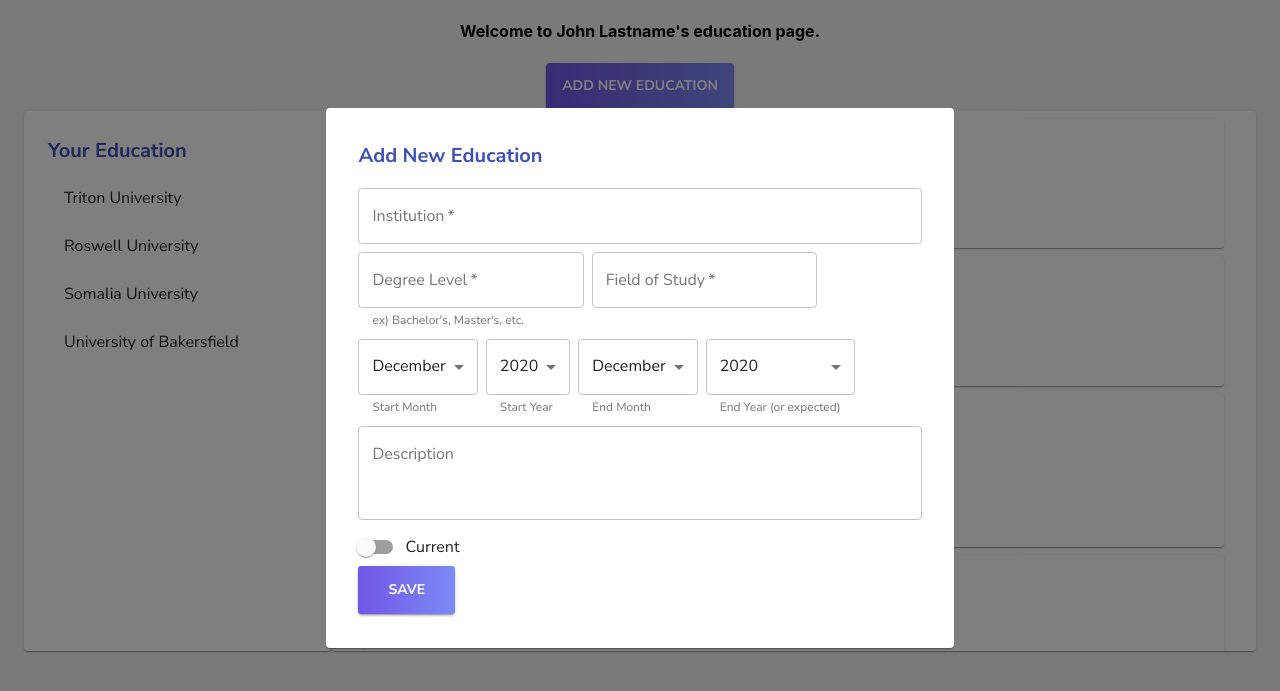
Repository: noellered/Showwcase-React-Challenge
Page: / (app in showwcase-education-react/), after clicking the first element matching `button.MuiButtonBase-root`
An editor plug-in stored every save of this project. The page is shown before and after a run of saves, followed by the edit.
The browser window is 1280 px wide. The pictures show the whole page.
The page's requests for data from a server got no answer. An inner scrolling area shows only its first screen. The project was rebuilt for these pictures with package versions that can differ from the ones it lists, and the page was loaded fresh each time. No one was signed in, and anything a server would have sent is missing. Also part of the build but not shown: showwcase-education-react/src/components/Home.tsx.

Above is the page before, as saved 2020-12-17 18:03:26.

### showwcase-education-react/public/index.html
<!DOCTYPE html>
<html lang="en">
  <head>
    <meta charset="utf-8" />
    <link rel="icon" href="%PUBLIC_URL%/favicon.ico" />
    <link rel="preconnect" href="https://fonts.gstatic.com">
    <link href="https://fonts.googleapis.com/css2?family=Nunito+Sans:ital,wght@0,400;0,700;1,400&display=swap" rel="stylesheet">


    <meta name="viewport" content="width=device-width, initial-scale=1" />
    <meta name="theme-color" content="#000000" />
    <meta
      name="description"
      content="Web site created using create-react-app"
    />
    <link rel="apple-touch-icon" href="%PUBLIC_URL%/logo192.png" />
    <!--
      manifest.json provides metadata used when your web app is installed on a
      user's mobile device or desktop. See https://developers.google.com/web/fundamentals/web-app-manifest/
    -->
    <link rel="manifest" href="%PUBLIC_URL%/manifest.json" />
    <!--
      Notice the use of %PUBLIC_URL% in the tags above.
      It will be replaced with the URL of the `public` folder during the build.
      Only files inside the `public` folder can be referenced from the HTML.

      Unlike "/favicon.ico" or "favicon.ico", "%PUBLIC_URL%/favicon.ico" will
      work correctly both with client-side routing and a non-root public URL.
      Learn how to configure a non-root public URL by running `npm run build`.
    -->
    <title>React App</title>
  </head>
  <body>
    <noscript>You need to enable JavaScript to run this app.</noscript>
    <div id="root"></div>
    <!--
      This HTML file is a template.
      If you open it directly in the browser, you will see an empty page.

      You can add webfonts, meta tags, or analytics to this file.
      The build step will place the bundled scripts into the <body> tag.

      To begin the development, run `npm start` or `yarn start`.
      To create a production bundle, use `npm run build` or `yarn build`.
    -->
  </body>
</html>

### showwcase-education-react/src/index.css
body {
  margin: 0;
  background: #F5F5F5;
  font-family: -apple-system, BlinkMacSystemFont, 'Segoe UI', 'Roboto', 'Oxygen',
    'Ubuntu', 'Cantarell', 'Fira Sans', 'Droid Sans', 'Helvetica Neue',
    sans-serif;
  -webkit-font-smoothing: antialiased;
  -moz-osx-font-smoothing: grayscale;
}

code {
  font-family: source-code-pro, Menlo, Monaco, Consolas, 'Courier New',
    monospace;
}

### showwcase-education-react/src/App.tsx
import React, {useState} from 'react';
import Home from './components/Home';
import Main from './components/Main';
import { MuiThemeProvider, createMuiTheme } from '@material-ui/core/styles';
import './App.css';

function App() {
  const theme = createMuiTheme({
    typography: {
        fontFamily: [
            'Nunito Sans',
            'sans-serif'
        ].join(','),
        h6: {
          fontWeight: 600
        },
        body1: {
          fontWeight: 400
        },
        subtitle1: {
          fontStyle: 'italic'
        },
        button: {
          fontWeight: 600
        }
    },
  })
  const [name, setName] = useState('John Lastname')

  return (
    <MuiThemeProvider theme={theme}>
      <div className="App">
        { name ? <Main name={name} /> : <Home setName={setName} /> }
      </div>
    </MuiThemeProvider>

  );
}

export default App;

### showwcase-education-react/src/components/Main.tsx
import React, {FunctionComponent, useState} from 'react';
import EducationSidebar from './education/EducationSidebar';
import EducationList from './education/EducationList';
import EducationModalContent from './education/EducationModalContent';
import Modal from '@material-ui/core/Modal';
import Backdrop from '@material-ui/core/Backdrop';
import Fade from '@material-ui/core/Fade';
import Paper from '@material-ui/core/Paper';
import Grid from '@material-ui/core/Grid';
import Container from '@material-ui/core/Container';
import Button from '@material-ui/core/Button';
import { pageStyles } from './pageStyles';

const Main:FunctionComponent<{name: string}> = ({name}) => {
    const classes = pageStyles();
    const [open, setOpen] = useState<boolean>(false);
    const [education, setEducation] = useState<object[]>([
        {
            degree: "MFA.",
            description: "",
            end: {month: 11, year: 2020},
            fieldOfStudy: "Being Cool",
            institution: "Triton University",
            start: {month: 11, year: 2020}
        },
        {
            degree: "M.Sc.",
            description: "",
            end: {month: 11, year: 2020},
            fieldOfStudy: "Biology of Aliens",
            institution: "Roswell University",
            start: {month: 11, year: 2020}
        },
        {
            degree: "B.S.",
            description: "I learned things, and stuff. Then I learned how to be a pirate. Arrrr, matey.",
            end: {month: 11, year: 2020},
            fieldOfStudy: "Pirate Studies",
            institution: "Somalia University",
            start: {month: 11, year: 2020}
        },
        {
            degree: "B.A.",
            description: "",
            end: {month: 11, year: 2020},
            fieldOfStudy: "Home Economics",
            institution: "University of Bakersfield",
            start: {month: 11, year: 2020}
        },
    ]);


    //Modal handlers

    const handleOpen = () => {
        setOpen(true);
    }

    const handleClose = () => {
        setOpen(false);
    }

    const handleEducationUpdate = (newEducation) => {
        setEducation(education => [newEducation, ...education]) //prepend new education item to education list
        handleClose();
    }

    return(
        <Container>
            <h4>Welcome to {name}'s education page.</h4>
            <Button
                className={classes.button}
                variant="contained"
                color="primary"
                type="button"
                onClick={handleOpen}
                >
                Add New Education
            </Button>
            <Grid container className={classes.container}>
                <Grid item xs={12} lg={3}>
                    <Paper className={classes.paper}>
                        <EducationSidebar list={education}/>
                    </Paper>
                </Grid>
                <Grid item xs={12} lg={9}>
                    <Paper className={classes.paper}>
                        <EducationList list={education}/>
                    </Paper>
                </Grid>
            </Grid>
            <Modal
                className={classes.modal}
                aria-labelledby="add-education"
                aria-describedby="add-education-modal"
                open={open}
                onClose={handleClose}
                closeAfterTransition
                BackdropComponent={Backdrop}
                BackdropProps={{
                timeout: 300,
                }}>
                <Fade in={open}>
                    <Paper className={`${classes.modal} ${classes.paper}`}>
                        <EducationModalContent handleUpdate={handleEducationUpdate}/>
                    </Paper>
                </Fade>
            </Modal>
        </Container>
    )
}

export default Main;

### showwcase-education-react/src/components/pageStyles.tsx
import { makeStyles } from '@material-ui/core/styles';

export const pageStyles = makeStyles({
    modal: {
        maxWidth: '70%',
        margin: 'auto',
        height: '70vh'
    },
    button: {
        backgroundImage: 'linear-gradient(90deg, rgba(114,86,231,1) 0%, rgba(123,139,245,1) 100%)',
        borderColor: '#0063cc',
        borderRadius: 3,
        color: 'white',
        height: 48,
        padding: '0 30px',
        '&:hover': {
            backgroundImage: 'linear-gradient(90deg, rgba(81,53,196,1) 0%, rgba(91,110,238,1) 100%)',
            borderColor: '#0062cc',
          },
    },
    container: {
        display: 'flex',
        justifyContent: 'space-between'
    },
    paper: {
        height: '75vh',
        overflow: 'auto',
        "&:focus": {
            outline: "none"
          }
    },
    sideBar: {
        marginRight: '2rem',
    }
})

### showwcase-education-react/src/components/education/EducationSidebar.tsx
import React, { FunctionComponent } from 'react';
import List from '@material-ui/core/List';
import ListItem from '@material-ui/core/ListItem';
import ListItemText from '@material-ui/core/ListItemText';
import Typography from '@material-ui/core/Typography';
import { useStyles } from './styles'

const EducationSidebar:FunctionComponent<{list: object[]}> = ({ list }) => {
    const classes = useStyles();
    return(
        <List className={classes.list}>
            <Typography variant="h6" color="primary" align="justify" gutterBottom>Your Education</Typography>
            { list.length > 0 ? list.map((item) =>
            <div>
                <ListItem className={classes.listItem} button>
                    <ListItemText >{item['institution']}</ListItemText>
                </ListItem>
            </div>
            )
            : <div>No education to display</div> }
        </List>
    )
}
export default EducationSidebar;

### showwcase-education-react/src/components/education/EducationList.tsx
import React, { FunctionComponent } from 'react';
import Card from '@material-ui/core/Card';
import { useStyles } from './styles';
import Typography from '@material-ui/core/Typography';
import Container from '@material-ui/core/Container';

const EducationList:FunctionComponent<{list: object[]}> = ({ list }) => {
    const classes = useStyles();
    return(
        <Container>
            { list.length > 0 ? list.map((item) =>
            <Card className={classes.educationCard}>
                <Typography align="justify" variant="h6" color="textPrimary">
                    {item['degree']} {item['fieldOfStudy']} @ {item['institution']}
                </Typography>
                <Typography variant="subtitle1" align="justify" color="textSecondary" gutterBottom>
                January {item['start']['year']} - December {item['end']['year']}
                </Typography>
                <Typography variant="body1" align="justify">
                    {item['description']}
                </Typography>
            </Card>) : <div>Nothing to display</div> }
        </Container>
    )
}
export default EducationList;

### showwcase-education-react/src/components/education/EducationModalContent.tsx
import React, { FunctionComponent, useEffect, useState } from 'react';
import Autocomplete, { AutocompleteRenderGroupParams } from '@material-ui/lab/Autocomplete';
import TextField from '@material-ui/core/TextField';
import Button from '@material-ui/core/Button';
import ListSubheader from '@material-ui/core/ListSubheader';
import { useTheme } from '@material-ui/core/styles';
import useMediaQuery from '@material-ui/core/useMediaQuery';
import Typography from '@material-ui/core/Typography';
import { VariableSizeList, ListChildComponentProps } from 'react-window';
import MonthPicker from '../pickers/MonthPicker';
import YearPicker from '../pickers/YearPicker';
import { useStyles } from './styles';
import Switch from '@material-ui/core/Switch';
import FormControlLabel from '@material-ui/core/FormControlLabel';


//Virtualize institution list for more efficient rendering performance

const LISTBOX_PADDING = 8; // px

function renderRow(props: ListChildComponentProps) {
  const { data, index, style } = props;
  return React.cloneElement(data[index], {
    style: {
      ...style,
      top: (style.top as number) + LISTBOX_PADDING,
    },
  });
}

const OuterElementContext = React.createContext({});

const OuterElementType = React.forwardRef<HTMLDivElement>((props, ref) => {
  const outerProps = React.useContext(OuterElementContext);
  return <div ref={ref} {...props} {...outerProps} />;
});

function useResetCache(data: any) {
    const ref = React.useRef<VariableSizeList>(null);
    React.useEffect(() => {
      if (ref.current != null) {
        ref.current.resetAfterIndex(0, true);
      }
    }, [data]);
    return ref;
  }


  // React-window adapter
  const ListboxComponent = React.forwardRef<HTMLDivElement>(function ListboxComponent(props, ref) {
    const { children, ...other } = props;
    const theme = useTheme();
    const itemData = React.Children.toArray(children);
    const smUp = useMediaQuery(theme.breakpoints.up('sm'), { noSsr: true });
    const itemCount = itemData.length;
    const itemSize = smUp ? 36 : 48;

    const getChildSize = (child: React.ReactNode) => {
      if (React.isValidElement(child) && child.type === ListSubheader) {
        return 48;
      }

      return itemSize;
    };

    const getHeight = () => {
      if (itemCount > 8) {
        return 8 * itemSize;
      }
      return itemData.map(getChildSize).reduce((a, b) => a + b, 0);
    };

    const gridRef = useResetCache(itemCount);

    return (
      <div ref={ref}>
        <OuterElementContext.Provider value={other}>
          <VariableSizeList
            itemData={itemData}
            height={getHeight() + 2 * LISTBOX_PADDING}
            width="100%"
            ref={gridRef}
            outerElementType={OuterElementType}
            innerElementType="ul"
            itemSize={(index) => getChildSize(itemData[index])}
            overscanCount={5}
            itemCount={itemCount}
          >
            {renderRow}
          </VariableSizeList>
        </OuterElementContext.Provider>
      </div>
    );
  });



//Add Education Modal Content
const EducationModalContent:FunctionComponent<{handleUpdate: any}>= ({ handleUpdate }) => {
    const classes = useStyles();
    const [institutionList, setInstitutionList] = useState<string[]>([]);
    const [institution, setInstitution] = useState<string>('');
    const [degree, setDegree] = useState<string>('');
    const [description, setDescription] = useState<string>('');
    const [fieldOfStudy, setFieldOfStudy] = useState<string>('');
    const [current, setCurrent] = useState<boolean>(false)
    const [start, setStart] = useState<{month: number, year: number}>({
        month: new Date().getMonth(),
        year: new Date().getFullYear()
    });
    const [end, setEnd] = useState({
        month: new Date().getMonth(),
        year: new Date().getFullYear()
    });



    const getInstitutions = () => {
        fetch(`http://universities.hipolabs.com/search`)
        .then((res: any) => res.json()
        .then((JSON) => setInstitutionList(JSON.map((item)=>item['name']))));
    }

    // Get institutions list on component mount
    useEffect( () => {
        getInstitutions()
    }, []);

    //Render group for visualized autocomplete component
    const renderGroup = (params: AutocompleteRenderGroupParams) => [
        <ListSubheader key={params.key} component="div">
          {params.group}
        </ListSubheader>,
        params.children,
    ];

    //Handle form submit
    const handleSubmit = (e: any) => {
        e.preventDefault();
        const newEducation = { institution, fieldOfStudy, degree, start, end, description, current }
        return handleUpdate(newEducation);
    }

    //Handle institution change for autocomplete component
    const handleInputChange = (e: React.ChangeEvent<{}>, value: string) => {
        setInstitution(value)
    }

    const handleSwitch = (e: React.ChangeEvent<HTMLInputElement>) => {
      setCurrent(e.target.checked);
    }



    return(
        <div className={classes.modalContent}>
            <Typography variant="h6" color="primary">Add New Education</Typography>
            <form onSubmit={handleSubmit}>
                <Autocomplete
                id="institutions-list"
                options={institutionList}
                freeSolo
                renderGroup={renderGroup}
                renderInput={(params)=>(
                    <TextField {...params} label="Institution" margin="normal" variant="outlined" required/>
                )}
                renderOption={(option) => <p>{option}</p>}
                ListboxComponent={ListboxComponent as React.ComponentType<React.HTMLAttributes<HTMLElement>>}
                disableListWrap
                autoSelect={true}
                onInputChange={handleInputChange}
                />
                <div className={classes.inputGroup}>
                  <TextField className={`${classes.input} ${classes.mr}`} label="Degree Level" helperText="ex) Bachelor's, Master's, etc." variant="outlined" onChange={(e)=> setDegree(e.target.value)} required/>
                  <TextField className={classes.input} label="Field of Study" variant="outlined" onChange={(e)=> setFieldOfStudy(e.target.value)} required/>
                </div>
                <div className={classes.inputGroup}>

                    <MonthPicker className={`${classes.input} ${classes.mr}`} label="Start Month" id="startMonth" onChange={(e)=> setStart({...start, month: e.target.value})}/>
                    <YearPicker className={`${classes.input} ${classes.mr}`} label="Start Year" id="startYear" onChange={(e)=> setStart({...start, year: e.target.value})}/>
                    <MonthPicker className={`${classes.input} ${classes.mr}`} label="End Month" id="endMonth" onChange={(e)=> setEnd({...end, month: e.target.value})}/>
                    <YearPicker className={`${classes.input} ${classes.mr}`} label="End Year (or expected)" id="endYear" onChange={(e)=> setEnd({...end, year: e.target.value})}/>
                </div>
                <TextField className={classes.input} multiline fullWidth rows={3} variant="outlined" label="Description" onChange={(e)=> setDescription(e.target.value)}/>

                <div className={classes.inputGroup}>
                <FormControlLabel
                      control={<Switch checked={current} onChange={handleSwitch} name="current" color="secondary"/>}
                      label="Current"
                />
                </div>

                <Button variant="contained" className={classes.button} color="primary" type="submit" >Save</Button>
            </form>
        </div>
    )
}
export default EducationModalContent;

### showwcase-education-react/src/components/education/styles.tsx
import { makeStyles } from '@material-ui/core/styles';

export const useStyles = makeStyles({
    button: {
        backgroundImage: 'linear-gradient(90deg, rgba(114,86,231,1) 0%, rgba(123,139,245,1) 100%)',
        borderColor: '#0063cc',
        borderRadius: 3,
        color: 'white',
        height: 48,
        padding: '0 30px',
        '&:hover': {
            backgroundImage: 'linear-gradient(90deg, rgba(81,53,196,1) 0%, rgba(91,110,238,1) 100%)',
            borderColor: '#0062cc',
          },
    },
    educationCard: {
        padding: '2rem',
        margin: '.5rem'
    },
    list: {
        padding: '1.5rem',
    },

    modalContent: {
        padding: '2rem',
    },
    listItem: {
        '&:active': {
            fontWeight: 600,
        }
    },
    input: {
        minWidth: '40%',
        marginBottom: '.5rem'
    },
    inputGroup: {
        display: 'flex',
        flexDirection: 'row',
        minWidth: '100%'
    },
    mr: {
        marginRight: '.5rem'
    }
})

### showwcase-education-react/src/components/pickers/MonthPicker.tsx
import React, { FunctionComponent, useState } from 'react';
import InputLabel from '@material-ui/core/InputLabel';
import MenuItem from '@material-ui/core/MenuItem';
import FormControl from '@material-ui/core/FormControl';
import TextField from '@material-ui/core/TextField';

interface MonthPickerProps {
    label?: string;
    id?: string;
    onChange?: any;
    className?: string;
}

const months = [
    { id: 0, name: 'January' },
    { id: 1, name: 'February' },
    { id: 2, name: 'March' },
    { id: 3, name: 'April' },
    { id: 4, name: 'May' },
    { id: 5, name: 'June' },
    { id: 6, name: 'July' },
    { id: 7, name: 'August' },
    { id: 8, name: 'September' },
    { id: 9, name: 'October' },
    { id: 10, name: 'November' },
    { id: 11, name: 'December' },
];

const MonthPicker:FunctionComponent<MonthPickerProps> = ({ label, id, className }) => {
    const [month, setMonth] = useState(new Date().getMonth())

   const handleChange = (e: any) => {
        e.preventDefault();
        setMonth(e.target.value);
   }

    return (
        <div>
            <FormControl>
                <TextField select helperText={label} id={id} value={month} onChange={handleChange} className={className} variant="outlined" required>
                { months.map((month) => <MenuItem value={month.id}>{month.name}</MenuItem>)}
                </TextField>
            </FormControl>
        </div>
    )
}

export default MonthPicker;

### showwcase-education-react/src/components/pickers/YearPicker.tsx
import React, { FunctionComponent, useState } from 'react';
import MenuItem from '@material-ui/core/MenuItem';
import FormControl from '@material-ui/core/FormControl';
import TextField from '@material-ui/core/TextField';

interface YearPickerProps {
    label?: string;
    id?: string;
    onChange?: any;
    className?: string;
}

const years:number[] = []

//Create year list
for(let y = (new Date().getFullYear() + 10); y >= 1950; y--){
    years.push(y)
}

const YearPicker:FunctionComponent<YearPickerProps> = React.memo(({ label, id, className }) => {
    const [year, setYear] = useState(new Date().getFullYear())

   const handleChange = (e: any) => {
        e.preventDefault();
        setYear(e.target.value);
   }

    return (
        <div>
            <FormControl>
                <TextField select  helperText={label} id={id} value={year} onChange={handleChange} className={className} variant="outlined" required>
                { years.map((year) => <MenuItem value={year}>{year}</MenuItem>)}
                </TextField>
            </FormControl>
        </div>
    )
})

export default YearPicker;

Loaded but not shown: showwcase-education-react/src/index.tsx (common file); showwcase-education-react/src/reportWebVitals.ts (common file); showwcase-education-react/src/App.css (common file)

After the next 2 saves:
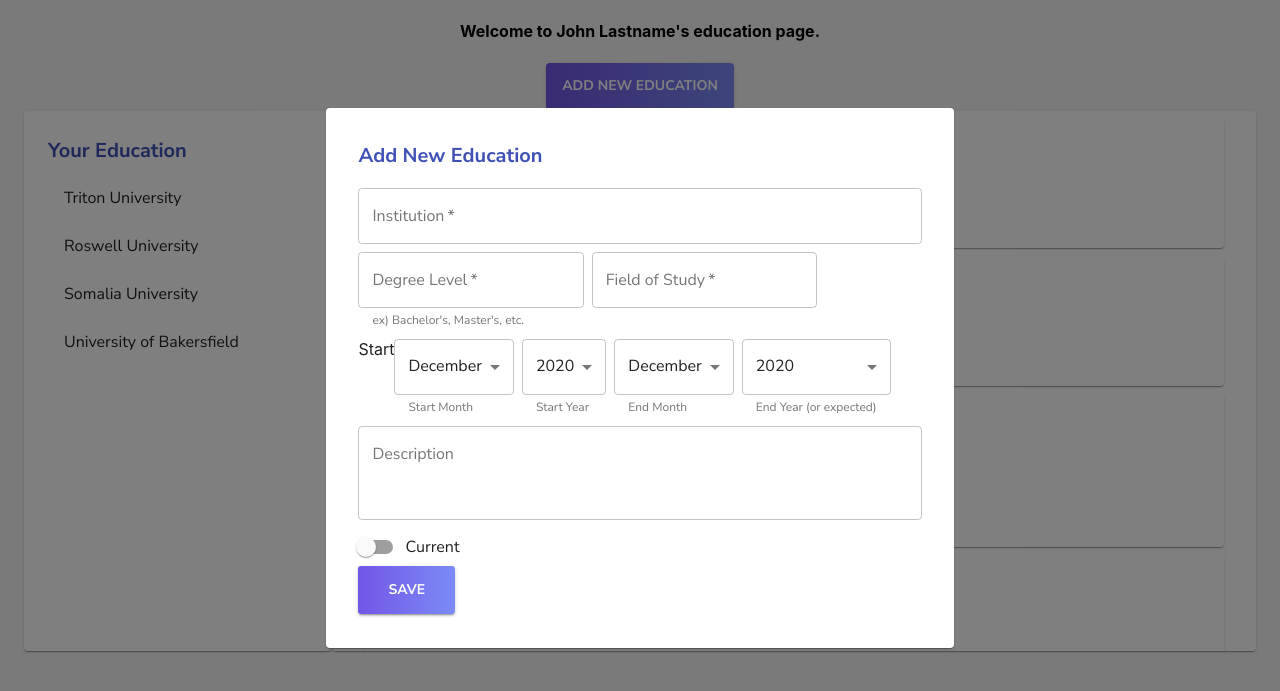
The 2 saves are shown as one change because 1 did not build or start.
The last was saved 10 s later.
--- a/showwcase-education-react/src/components/education/EducationModalContent.tsx
+++ b/showwcase-education-react/src/components/education/EducationModalContent.tsx
@@ -175,7 +175,7 @@ const EducationModalContent:FunctionComponent<{handleUpdate: any}>= ({ handleUpd
                   <TextField className={classes.input} label="Field of Study" variant="outlined" onChange={(e)=> setFieldOfStudy(e.target.value)} required/>
                 </div>
                 <div className={classes.inputGroup}>
-
+                  <label>Start</label>
                     <MonthPicker className={`${classes.input} ${classes.mr}`} label="Start Month" id="startMonth" onChange={(e)=> setStart({...start, month: e.target.value})}/>
                     <YearPicker className={`${classes.input} ${classes.mr}`} label="Start Year" id="startYear" onChange={(e)=> setStart({...start, year: e.target.value})}/>
                     <MonthPicker className={`${classes.input} ${classes.mr}`} label="End Month" id="endMonth" onChange={(e)=> setEnd({...end, month: e.target.value})}/>
